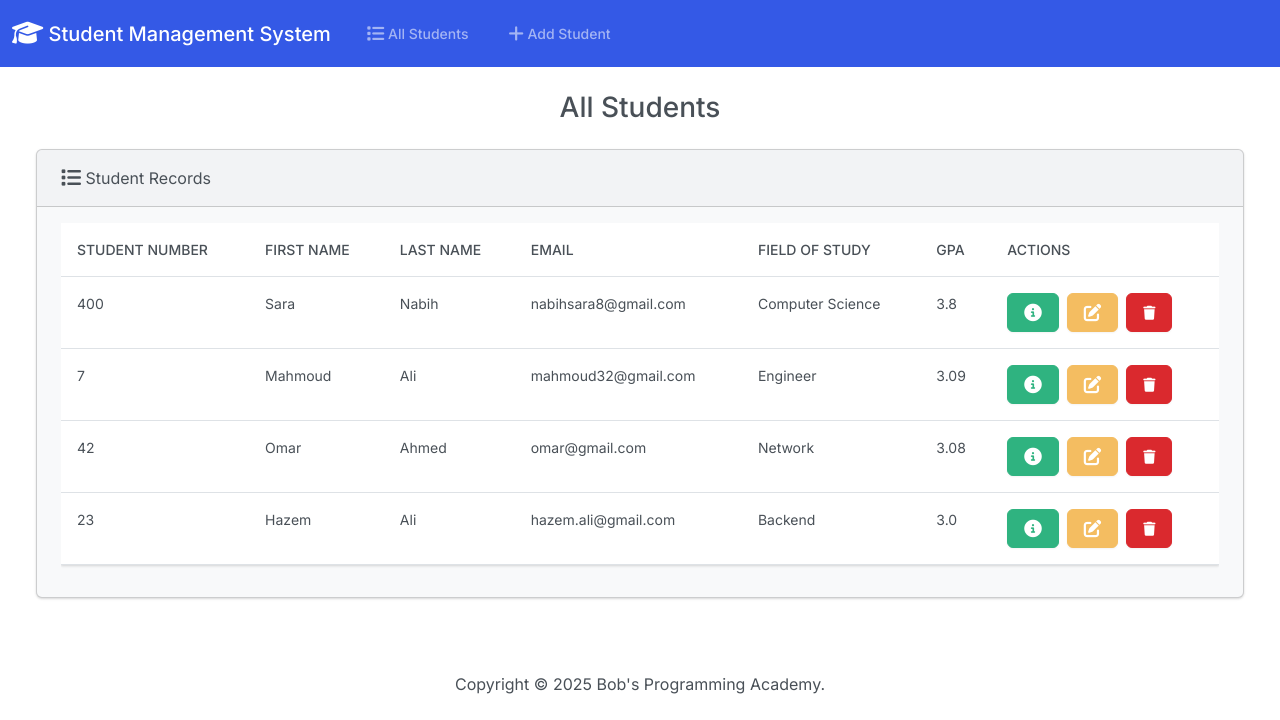
Repository: saraanbih/Student-Management-System
Page: http://localhost/
An editor plug-in stored every save of this project. The page is shown before and after the next save, followed by the edit.
The browser window is 1280 px wide. The pictures show the whole page.
Some web libraries are served in a nearby version. The page is served by the project's application, run on Django 5.2 (manage.py). Other server files are loaded and not shown. The page reads the database file committed with the project.

Above is the page before, as saved 2025-09-13 01:30:44.

### students/templates/students/index.html
{% extends "students/base.html" %}

{% block body %}
  <h3 class="m-4 text-center">All Students</h3>
  <div class="row">
    <div class="col-12">
      {% if students %}
        <div class="card bg-light ms-4 me-4 mb-4">
          <div class="card-header">
            <i class="fa-solid fa-list fa-lg"></i> Student Records
          </div>
          <div class="card-body">
            <div class="table-responsive">
              <table class="table table-hover">
                <thead>
                  <tr>
                    <th scope="col">Student Number</th>
                    <th scope="col">First Name</th>
                    <th scope="col">Last Name</th>
                    <th scope="col">Email</th>
                    <th scope="col">Field of Study</th>
                    <th scope="col">GPA</th>
                    <th scope="col">Actions</th>
                  </tr>
                </thead>
                <tbody>
                  {% for student in students %}
                    <tr>
                      <td>{{ student.student_number }}</td>
                      <td>{{ student.first_name }}</td>
                      <td>{{ student.last_name }}</td>
                      <td>{{ student.email }}</td>
                      <td>{{ student.field_of_study }}</td>
                      <td>{{ student.gpa }}</td>
                      <td>
                        <!-- View Button -->
                        <button
                          type="button"
                          class="btn btn-success me-1"
                          data-bs-toggle="modal"
                          data-bs-target="#myModal{{ student.student_id }}">
                          <i class="fa-solid fa-circle-info fa-lg"></i>
                        </button>

                        <!-- View Modal -->
                        <div class="modal fade" id="myModal{{ student.student_id }}" tabindex="-1" aria-labelledby="myModalLabel{{ student.student_id }}" aria-hidden="true">
                          <div class="modal-dialog" role="document">
                            <div class="modal-content">
                              <div class="modal-header">
                                <h5 class="modal-title" id="myModalLabel{{ student.student_id }}">
                                  Student: {{ student.first_name }} {{ student.last_name }}
                                </h5>
                                <button type="button" class="btn-close" data-bs-dismiss="modal" aria-label="Close"></button>
                              </div>
                              <div class="modal-body">
                                <ul class="list-unstyled">
                                  <li>Student Number: <strong>{{ student.student_number }}</strong></li>
                                  <li>First Name: <strong>{{ student.first_name }}</strong></li>
                                  <li>Last Name: <strong>{{ student.last_name }}</strong></li>
                                  <li>Email: <strong>{{ student.email }}</strong></li>
                                  <li>Field of Study: <strong>{{ student.field_of_study }}</strong></li>
                                  <li>GPA: <strong>{{ student.gpa }}</strong></li>
                                </ul>
                              </div>
                              <div class="modal-footer">
                                <button type="button" class="btn btn-primary" data-bs-dismiss="modal">Close</button>
                              </div>
                            </div>
                          </div>
                        </div>

                        <a class="btn btn-warning me-1" href="{% url 'edit' student.id %}">
                          <i class="fa-solid fa-pen-to-square fa-lg"></i>
                        </a>

                        <button type="button" class="btn btn-danger" data-bs-toggle="model" data-bs-target="#delete{{student.id}}">
                          <i class="fa-solid fa-trash"></i>
                        </button>
                      </td>
                    </tr>
                  {% endfor %}
                </tbody>
              </table>
            </div>
          </div>
        </div>
      {% else %}
        <h5 class="card bg-light ms-4 me-4 mb-4 p-3">No Student Records</h5>
      {% endif %}
    </div>
  </div>
{% endblock %}

### students/templates/students/base.html
{% load static %}
<!DOCTYPE html>
<html lang="en">
  <head>
    <title>Student Management System</title>
    <link rel="stylesheet" href="https://cdnjs.cloudflare.com/ajax/libs/font-awesome/6.1.1/css/all.min.css">
    <link href="{% static 'css/bootstrap.min.css' %}" rel="stylesheet">
  </head>
  <body class="d-flex flex-column min-vh-100">
    <nav class="navbar navbar-expand-lg navbar-dark bg-primary">
      <div class="container-fluid">
        <a class="navbar-brand" href="{% url 'index' %}">
          <i class="fa-solid fa-graduation-cap fa-lg"></i> Student Management System
        </a>
        <button class="navbar-toggler" type="button" data-bs-toggle="collapse" data-bs-target="#navbarColor01" aria-controls="navbarColor01" aria-expanded="false" aria-label="Toggle navigation">
          <span class="navbar-toggler-icon"></span>
        </button>
        <div class="collapse navbar-collapse" id="navbarColor01">
          <ul class="navbar-nav me-auto">
            <li class="nav-item">
              <a class="nav-link" href="{% url 'index' %}">
                <i class="fa-solid fa-list fa-lg"></i> All Students
              </a>
            </li>
            <li class="nav-item">
              <a class="nav-link" href="{% url 'add' %}">
                <i class="fa-solid fa-plus fa-lg"></i> Add Student
              </a>
            </li>
          </ul>
        </div>
      </div>
    </nav>
    <div class="container-fluid">
      {% block body %}
      {% endblock %}
    </div>
    <footer class="mt-auto mb-4">
      <div class="text-center">
        <span>
          Copyright &copy; <script>document.write(new Date().getFullYear())</script> Bob's Programming Academy.
        </span>
      </div>
    </footer>
    <script src="https://cdn.jsdelivr.net/npm/bootstrap@5.0.2/dist/js/bootstrap.bundle.min.js"></script>
  </body>
</html>

### students/models.py
from django.db import models

# Create your models here.

class Student(models.Model):
  student_number = models.PositiveBigIntegerField()
  first_name = models.CharField(max_length=50)
  last_name = models.CharField(max_length=50)
  email = models.EmailField(max_length=100)
  field_of_study = models.CharField(max_length=50)
  gpa = models.FloatField()

  def __str__(self):
    return f"{self.first_name} {self.last_name}"

### students/views.py
from django.http import HttpResponseRedirect
from django.shortcuts import render
from django.urls import reverse

from .models import Student
from .forms import StudentForm

def index(request):
    return render(request, 'students/index.html', {
        'students': Student.objects.all()
    })

def view_student(request, student_id):
    student = get_object_or_404(Student, pk=student_id)
    return render(request, 'students/view.html', {
        'student': student
    })

def add(request):
    if request.method == 'POST':
        form = StudentForm(request.POST)
        if form.is_valid():
            form.save()
            return render(request, 'students/add.html', {
                'form': StudentForm(),
                'success': True
            })
    else:
        form = StudentForm()

    return render(request, 'students/add.html', {
        'form': form
    })

def edit(request, student_id):
    student = get_object_or_404(Student, pk=student_id)

    if request.method == 'POST':
        form = StudentForm(request.POST, instance=student)
        if form.is_valid():
            form.save()
            return render(request, 'students/edit.html', {
                'form': form,
                'student': student,
                'success': True
            })
    else:
        form = StudentForm(instance=student)

    return render(request, 'students/edit.html', {
        'form': form,
        'student': student
    })

def delete(request, id):
  if request.method == 'POST':
    student = Student.objects.get(pk=id)
    student.delete()
  return HttpResponseRedirect(reverse('index'))

### django_project/urls.py
"""
URL configuration for django_project project.

The `urlpatterns` list routes URLs to views. For more information please see:
    https://docs.djangoproject.com/en/5.2/topics/http/urls/
Examples:
Function views
    1. Add an import:  from my_app import views
    2. Add a URL to urlpatterns:  path('', views.home, name='home')
Class-based views
    1. Add an import:  from other_app.views import Home
    2. Add a URL to urlpatterns:  path('', Home.as_view(), name='home')
Including another URLconf
    1. Import the include() function: from django.urls import include, path
    2. Add a URL to urlpatterns:  path('blog/', include('blog.urls'))
"""
from django.contrib import admin
from django.urls import path, include

urlpatterns = [
    path('admin/', admin.site.urls),
    path('', include('students.urls')),
]

### students/urls.py
from django.urls import path
from . import views

urlpatterns = [
  path('', views.index, name='index'),
  path('<int:student_id>/', views.view_student, name='view_student'),
  path('add/', views.add, name='add'),
  path('edit/<int:student_id>/', views.edit, name='edit'),
  path('delete/<int:student_id>/', views.delete, name='delete'),
]

### db.sqlite3 (the tables this page reads, as SQL)
CREATE TABLE "students_student" ("id" integer NOT NULL PRIMARY KEY AUTOINCREMENT, "first_name" varchar(50) NOT NULL, "last_name" varchar(50) NOT NULL, "email" varchar(100) NOT NULL, "field_of_study" varchar(50) NOT NULL, "gpa" real NOT NULL, "student_number" bigint unsigned NOT NULL CHECK ("student_number" >= 0));
INSERT INTO "students_student" VALUES
(4, 'Sara', 'Nabih', 'nabihsara8@gmail.com', 'Computer Science', 3.8, 400),
(6, 'Mahmoud', 'Ali', 'mahmoud32@gmail.com', 'Engineer', 3.09, 7),
(7, 'Omar', 'Ahmed', 'omar@gmail.com', 'Network', 3.08, 42),
(8, 'Hazem', 'Ali', 'hazem.ali@gmail.com', 'Backend', 3.0, 23);

Loaded but not shown: students/static/css/bootstrap.min.css (library)

After the next save:
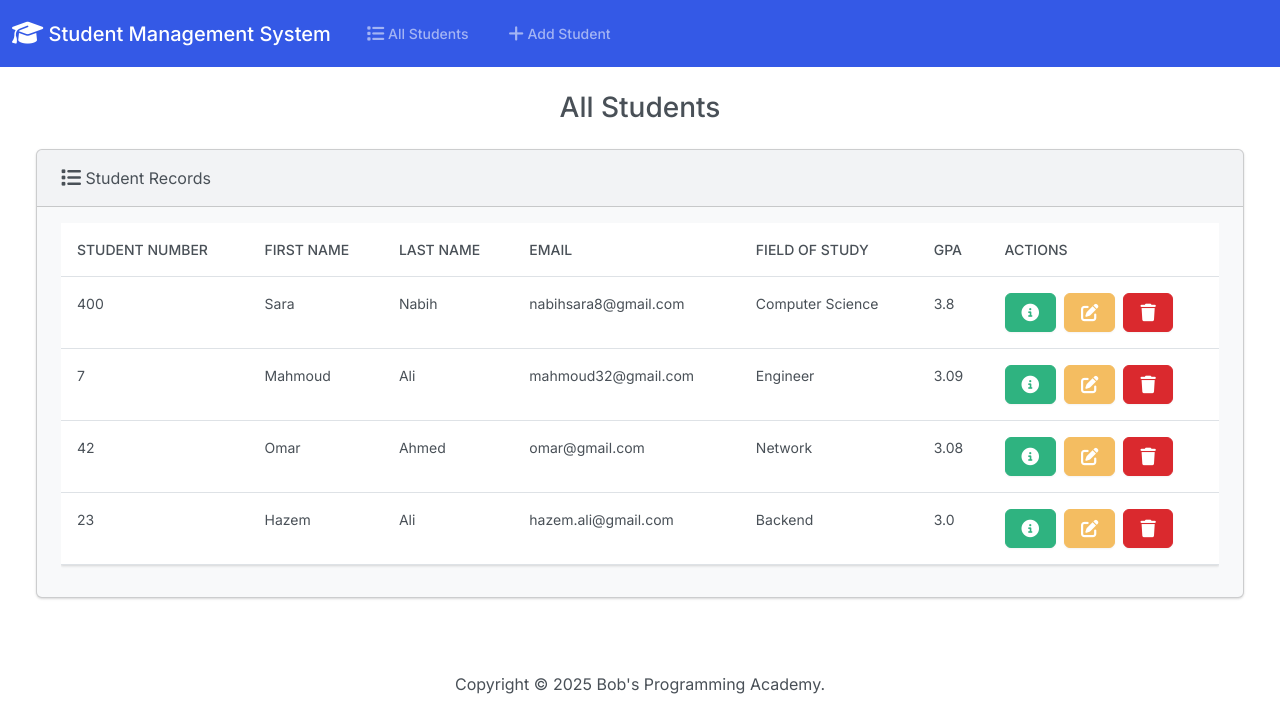
Saved 11 s later.
--- a/students/templates/students/index.html
+++ b/students/templates/students/index.html
@@ -74,7 +74,7 @@
                         </a>
 
                         <button type="button" class="btn btn-danger" data-bs-toggle="model" data-bs-target="#delete{{student.id}}">
-                          <i class="fa-solid fa-trash"></i>
+                          <i class="fa-solid fa-trash fa-lg"></i>
                         </button>
                       </td>
                     </tr>
